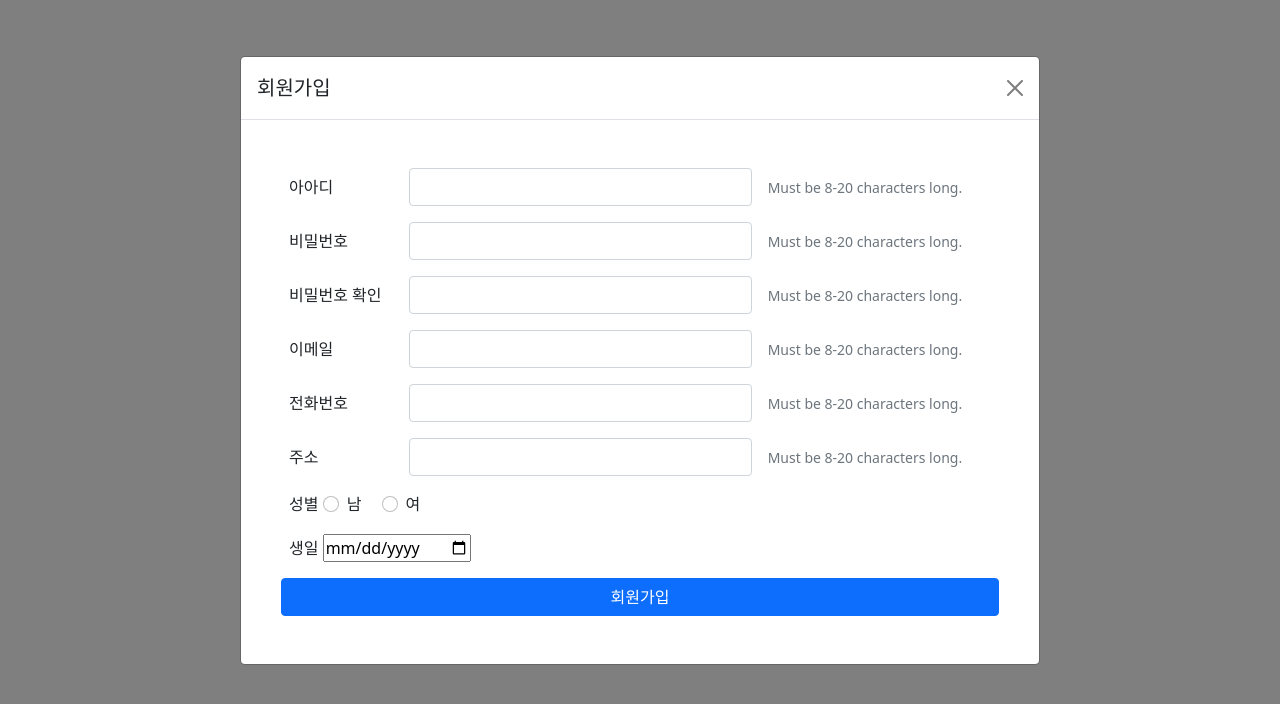
Repository: hyunha95/selfStudy
Page: http://localhost/spring-board/WEB-INF/views/member/enroll.jsp
The author's editor kept a copy of each file at every save. The page is drawn from the files as they stood at one save, then again after the next save.
The browser window is 1280 px wide. The pictures show the whole page.
The page is served by Tomcat 9. Nobody is signed in. The template is opened directly, without the code that normally fills it, so the values that code supplies are empty.

Above is the page before, as saved 2022-01-15 11:24:20.

After the next save:
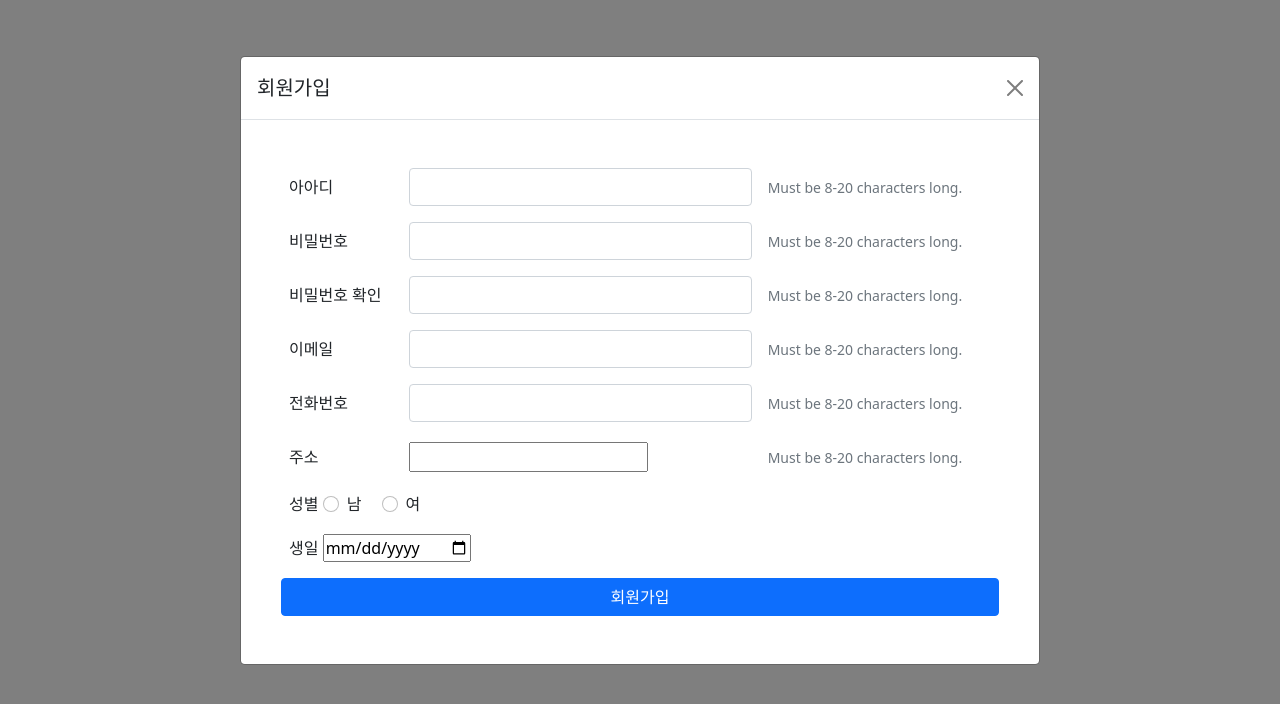
Saved 2 min 55 s later.
--- a/spring_workspace/spring-board/src/main/webapp/WEB-INF/views/member/enroll.jsp
+++ b/spring_workspace/spring-board/src/main/webapp/WEB-INF/views/member/enroll.jsp
@@ -46,7 +46,7 @@ $(() => {
 				    <label for="id" class="col-form-label">아아디</label>
 				  </div>
 				  <div class="col-6">
-				    <input type="text" id="id" class="form-control">
+				    <input type="text" id="id" name="id" class="form-control">
 				  </div>
 				  <div class="col-4">
 				    <span id="idHelpInline" class="form-text">
@@ -58,7 +58,7 @@ $(() => {
 				    <label for="password" class="col-form-label">비밀번호</label>
 				  </div>
 				  <div class="col-6">
-				    <input type="password" id="password" class="form-control">
+				    <input type="password" id="password" name="password" class="form-control">
 				  </div>
 				  <div class="col-4">
 				    <span id="passwordHelpInline" class="form-text">
@@ -82,7 +82,7 @@ $(() => {
 				    <label for="email" class="col-form-label">이메일</label>
 				  </div>
 				  <div class="col-6">
-				    <input type="email" id="email" class="form-control">
+				    <input type="email" id="email" name="email" class="form-control">
 				  </div>
 				  <div class="col-4">
 				    <span id="emailHelpInline" class="form-text">
@@ -94,7 +94,7 @@ $(() => {
 				    <label for="phone" class="col-form-label">전화번호</label>
 				  </div>
 				  <div class="col-6">
-				    <input type="text" id="phone" class="form-control">
+				    <input type="text" id="phone" name="phone" class="form-control">
 				  </div>
 				  <div class="col-4">
 				    <span id="phoneHelpInline" class="form-text">
@@ -106,7 +106,7 @@ $(() => {
 				    <label for="address" class="col-form-label">주소</label>
 				  </div>
 				  <div class="col-6">
-				    <input type="text" id="address" class="form-control">
+				    <input type="text" id="address" name="address class="form-control">
 				  </div>
 				  <div class="col-4">
 				    <span id="addressHelpInline" class="form-text">
